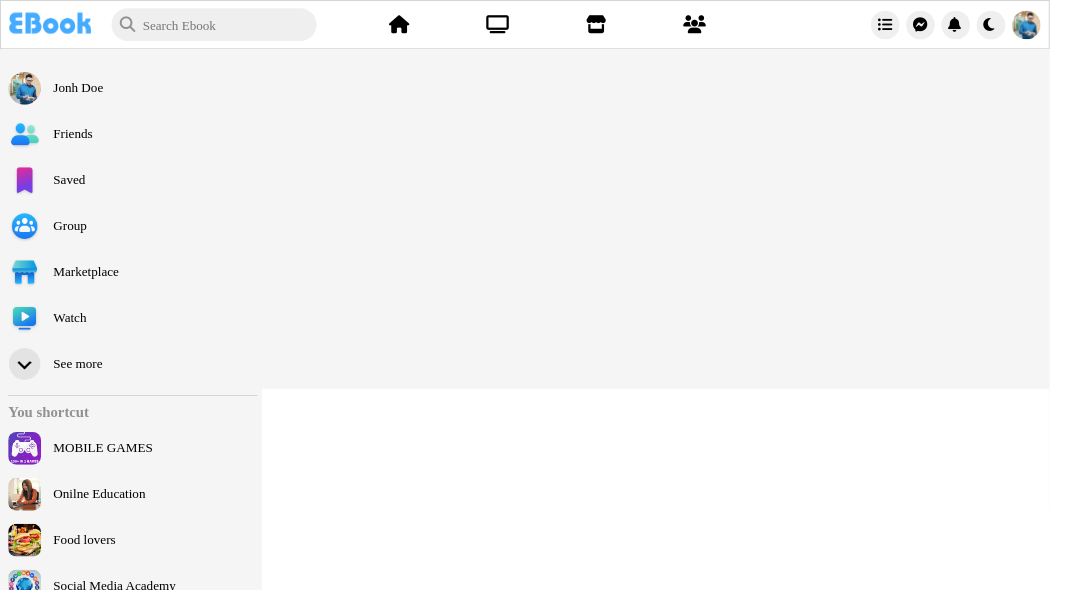
Repository: datvu1608/cloneebook
Page: index.html
The author's editor kept a copy of each file at every save. The page is drawn from the files as they stood at one save, then again after the next save.
The browser window is 1280 px wide. The page is 1280 px wide, then 1332 px, then 1280 px, so the pictures cover 1332 px, including what lies to the right of the window. The pictures show the whole page, at 82% of full size.
Some web libraries are served in a nearby version.

Above is the page before, as saved 2023-02-23 15:15:06.

### index.html
<!DOCTYPE html>
<html lang="en">
  <head>
    <meta charset="UTF-8" />
    <meta http-equiv="X-UA-Compatible" content="IE=edge" />
    <meta name="viewport" content="width=device-width, initial-scale=1.0" />
    <title>Face Clone</title>
    <link
      rel="stylesheet"
      href="https://cdnjs.cloudflare.com/ajax/libs/font-awesome/6.3.0/css/all.min.css"
      integrity="sha512-SzlrxWUlpfuzQ+pcUCosxcglQRNAq/DZjVsC0lE40xsADsfeQoEypE+enwcOiGjk/bSuGGKHEyjSoQ1zVisanQ=="
      crossorigin="anonymous"
      referrerpolicy="no-referrer"
    />
    <link rel="stylesheet" href="style.css" />
  </head>
  <body>
    <nav>
      <div class="left">
        <div class="logo">
          <img src="./image/logo.png" alt="" />
        </div>
        <div class="search-bar">
          <i class="fa-solid fa-magnifying-glass"></i>
          <input type="text" name="" id="" placeholder="Search Ebook" />
        </div>
      </div>

      <div class="center">
        <i class="fa-solid fa-house"></i>
        <i class="fa-solid fa-tv"></i>
        <i class="fa-solid fa-store"></i>
        <i class="fa-solid fa-users"></i>
      </div>

      <div class="right">
        <i class="fa-solid fa-list-ul"></i>
        <i class="fa-brands fa-facebook-messenger"></i>
        <i class="fa-solid fa-bell"></i>
        <i class="fa-solid fa-moon"></i>
        <img src="./image/profile.png" alt="" />
      </div>
    </nav>

    <!-- Main -->
    <div class="main">
      <!-- left -->
      <div class="left">
        <div class="img">
          <img src="./image/profile.png" alt="" />
          <p>Jonh Doe</p>
        </div>
        <div class="img">
          <img src="./image/friend.png" alt="" />
          <p>Friends</p>
        </div>
        <div class="img">
          <img src="./image/saved.png" alt="" />
          <p>Saved</p>
        </div>
        <div class="img">
          <img src="./image/group.png" alt="" />
          <p>Group</p>
        </div>
        <div class="img">
          <img src="./image/marketplace.png" alt="" />
          <p>Marketplace</p>
        </div>
        <div class="img">
          <img src="./image/watch.png" alt="" />
          <p>Watch</p>
        </div>
        <div class="img">
          <img src="./image/down_arrow.png" alt="" />
          <p>See more</p>
        </div>
        <hr />

        <h2>You shortcut</h2>
        <p class="edit">Edit</p>

        <div class="shortcuts">
          <img src="./image/shortcuts_1.png" alt="" />
          <p>MOBILE GAMES</p>
        </div>
        <div class="shortcuts">
          <img src="./image/shortcuts_2.jpeg" alt="" />
          <p>Onilne Education</p>
        </div>
        <div class="shortcuts">
          <img src="./image/shortcuts_3.webp" alt="" />
          <p>Food lovers</p>
        </div>
        <div class="shortcuts">
          <img src="./image/shortcuts_4.png" alt="" />
          <p>Social Media Academy</p>
        </div>
        <div class="shortcuts">
          <img src="./image/shortcuts_5.webp" alt="" />
          <p>PC Shop</p>
        </div>
        <div class="shortcuts">
          <img src="./image/down_arrow.png" alt="" />
          <p>See More</p>
        </div>
      </div>

      <!-- center -->
      <div class="center">
        <div class="top_box">
          <div class="my_story_card">
            <img src="./image/story_1.png" alt="" />
            <div class="story_upload"></div>
          </div>
        </div>
      </div>
      <div class="right"></div>
    </div>
  </body>
</html>

### style.css
* {
  margin: 0;
  padding: 0;
  box-sizing: border-box;
  font-family: serif;
}
nav {
  width: 100%;
  height: 60px;
  display: flex;
  align-items: center;
  justify-content: space-between;
  border: 1px solid #ccc;
  background: #fff;
  position: fixed;
  top: 0;
  z-index: 1000;
  cursor: pointer;
}
nav .left img {
  width: 100px;
  margin: 5px 0;
  cursor: pointer;
}
nav .left {
  display: flex;
  align-items: center;
  justify-content: center;
  margin-left: 10px;
}
nav .left .search-bar {
  width: 250px;
  height: 40px;
  background: #efefef;
  border-radius: 30px;
  padding: 0 10px;
  margin-left: 10px;
  position: relative;
  left: 15px;
}
nav .left .search-bar i {
  line-height: 40px;
  font-size: 19px;
  color: #919191;
  margin-right: 5px;
}
nav .left .search-bar input {
  background-color: transparent;
  outline: none;
  border: 0;
  width: 200px;
  font-size: 16px;
}

nav .center {
  position: relative;
  right: 45px;
}
nav .center i {
  margin: 0 45px 0 45px;
  font-size: 22px;
}
nav .center i:hover {
  color: #45abff;
  cursor: pointer;
}

nav .right {
  display: flex;
  align-items: center;
  margin-right: 10px;
}
nav .right i {
  width: 35px;
  height: 35px;
  border-radius: 50%;
  background: #efefef;
  line-height: 35px;
  padding-left: 8px;
  font-size: 18px;
  margin-left: 8px;
  cursor: pointer;
}
nav .right img {
  width: 35px;
  height: 35px;
  object-fit: cover;
  object-position: center;
  border-radius: 50%;
  margin-left: 8px;
  line-height: 45px;
  cursor: pointer;
}

/* main */
.main {
  display: flex;
  margin-top: 60px;
  background-color: #f5f5f5;
}
.main .left {
  width: 25%;
  height: 92vh;
  overflow: hidden;
  overflow-y: scroll;
  background-color: #f5f5f5;
  padding: 20px 6px 5px 10px;
  position: fixed;
}
.main .left::-webkit-scrollbar {
  width: 7px;
}
.main .left::-webkit-scrollbar-thumb {
  border-radius: 20px;
  background-color: #f5f5f5;
}
.main .left:hover::-webkit-scrollbar-thumb {
  background-color: #ccc;
}
.main .left .img {
  display: flex;
  align-items: center;
  cursor: pointer;
  transition: 0.2s;
}
.main .left .img:hover {
  background: #e3e3e3;
}
.main .left .img img {
  width: 40px;
  height: 40px;
  object-fit: cover;
  object-position: center;
  border-radius: 50%;
  margin: 8px 15px 8px 0;
}
.main .left hr {
  width: 100%;
  height: 1px;
  border: 0;
  background: #ccc;
  margin: 10px 0;
}

.main .left h2 {
  font-size: 18px;
  color: #919191;
  margin: 5px 0;
}
.main .left .edit {
  color: #45abff;
  font-size: 15px;
  float: right;
  position: relative;
  bottom: 23px;
  cursor: pointer;
  opacity: 0;
}
.main .left:hover .edit {
  opacity: 1;
}
.main .left .shortcuts {
  display: flex;
  align-items: center;
  transition: 0.2s;
}
.main .left .shortcuts:hover {
  background: #e3e3e3;
  cursor: pointer;
}
.main .left .shortcuts img {
  width: 40px;
  height: 40px;
  object-fit: cover;
  object-position: center;
  border-radius: 10px;
  margin: 8px 15px 8px 0px;
}

After the next save:
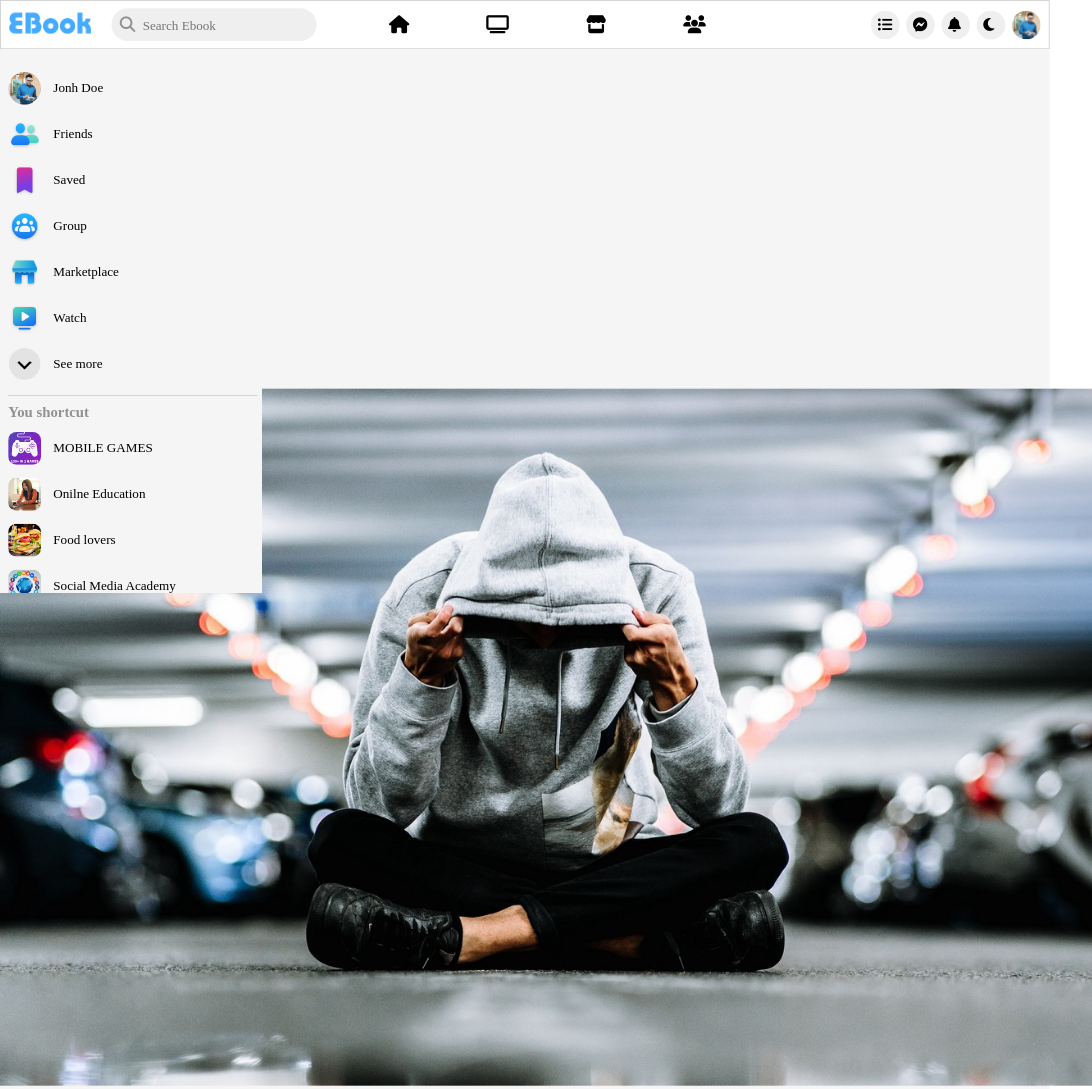
Saved 16 s later.
--- a/index.html
+++ b/index.html
@@ -110,7 +110,9 @@
         <div class="top_box">
           <div class="my_story_card">
             <img src="./image/story_1.png" alt="" />
-            <div class="story_upload"></div>
+            <div class="story_upload">
+              <img src="./image/post_1.jpg" alt="" />
+            </div>
           </div>
         </div>
       </div>

After the save that followed:
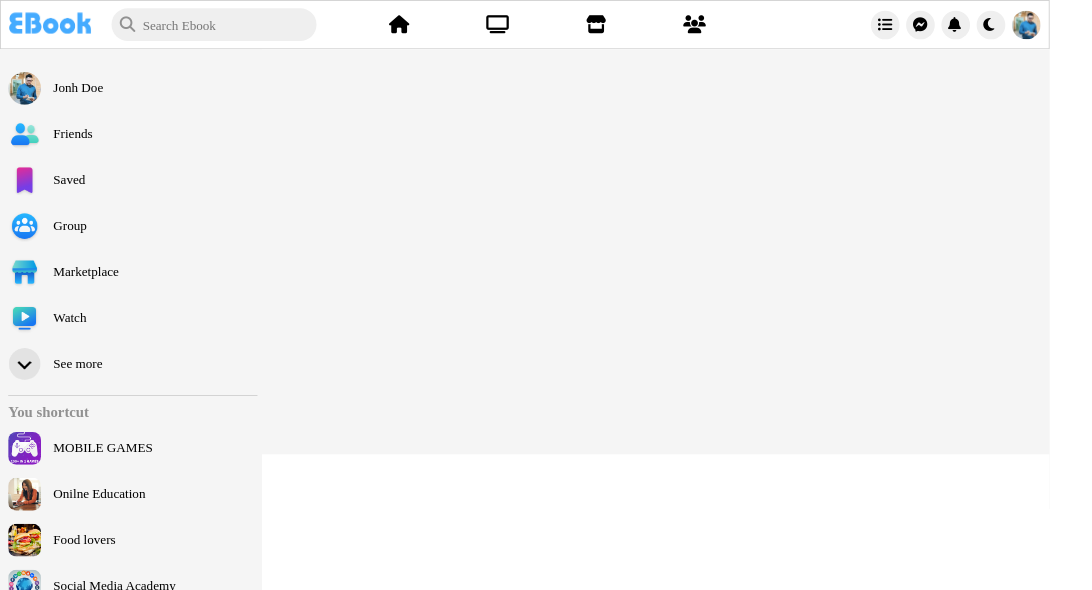
Saved 9 s later.
--- a/index.html
+++ b/index.html
@@ -111,7 +111,7 @@
           <div class="my_story_card">
             <img src="./image/story_1.png" alt="" />
             <div class="story_upload">
-              <img src="./image/post_1.jpg" alt="" />
+              <img src="./image/upload.png" alt="" />
             </div>
           </div>
         </div>
